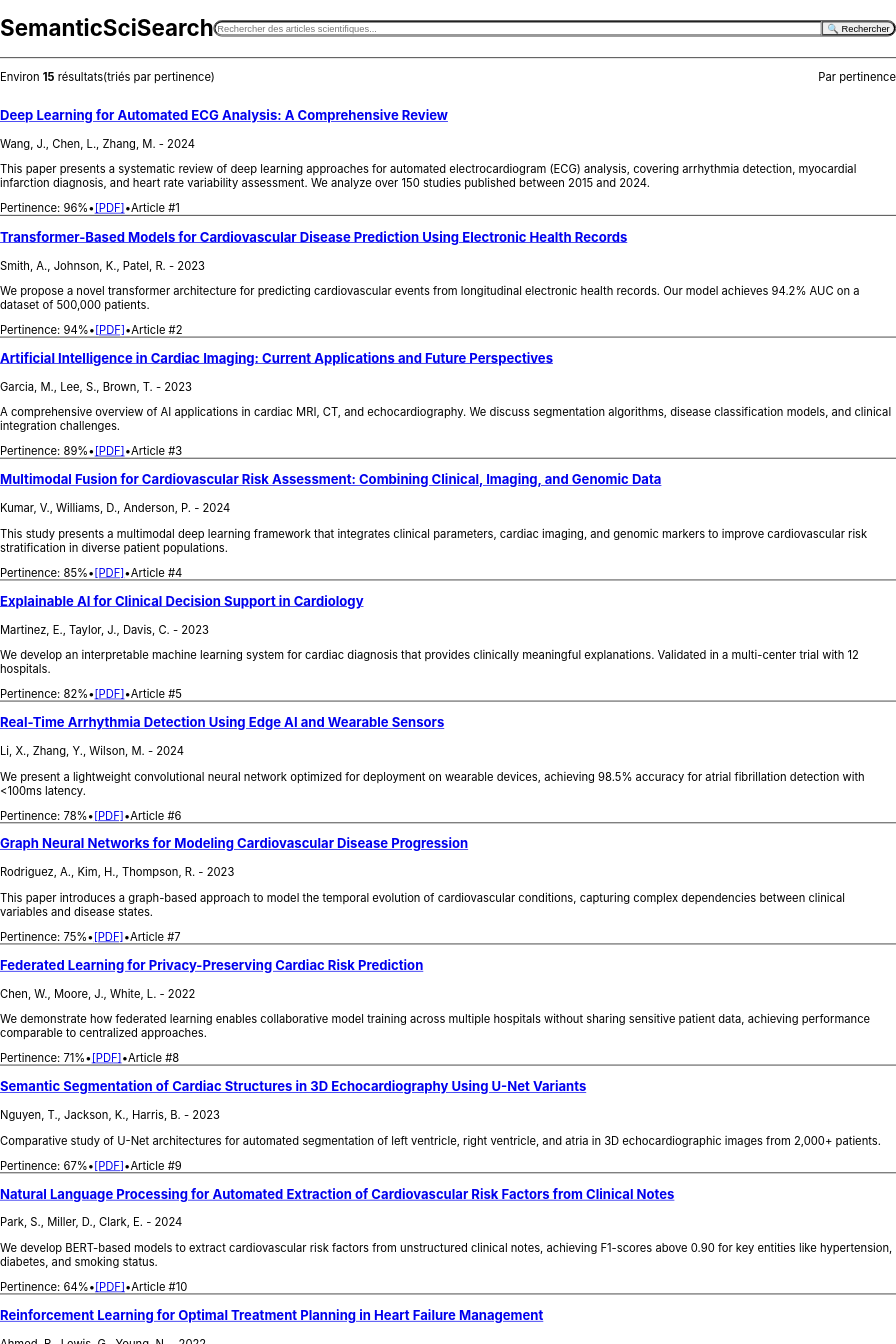
Repository: elh33/SemanticSciSearch
Page: / (app in frontend/)
The author's editor kept a copy of each file at every save. The page is drawn from the files as they stood at one save, then again after the next save.
The browser window is 1280 px wide. The pictures show the part of the page from y = 0 to 1920 px (the page is 2657 px tall), at 70% of full size.
The project was rebuilt for these pictures with package versions that can differ from the ones it lists, and the page was loaded fresh each time.

Above is the page before, as saved 2025-11-21 21:02:39.

### frontend/index.html
<!DOCTYPE html>
<html lang="en">
  <head>
    <meta charset="UTF-8" />
    <meta name="viewport" content="width=device-width, initial-scale=1.0" />
    <title>SemanticSciSearch</title>
  </head>
  <body>
    <div id="root"></div>
    <script type="module" src="/src/index.tsx"></script>
  </body>
</html>

### frontend/src/index.tsx
import React from 'react';
import ReactDOM from 'react-dom';
import App from './App';
import './index.css';

ReactDOM.render(
  <React.StrictMode>
    <App />
  </React.StrictMode>,
  document.getElementById('root')
);

### frontend/src/App.tsx
import React from 'react';
// Importe le composant de recherche principal
import SearchResults from './components/SearchResults';

// Le composant App.tsx est le conteneur principal de l'application.
function App() {
  return (
    // Utilisation d'un fragment React (<>...</>) ou d'un <div> si tu as des styles globaux
    <>
      {/* Le composant SearchResults contient maintenant :
        - Le titre et le sous-titre de l'application.
        - La barre de recherche.
        - L'orchestration de la logique (appels à api.ts).
        - L'affichage de la liste des ArticleCard.
      */}
      <SearchResults />
    </>
  );
}

export default App;

### frontend/src/components/SearchResults.tsx
import React, { useState, useEffect } from 'react';
import { Article } from '../types';
import { searchArticles } from '../services/api';
import ArticleCard from './ArticleCard';

const SearchResults: React.FC = () => {
  const [query, setQuery] = useState('');
  const [results, setResults] = useState<Article[]>([]);
  const [isLoading, setIsLoading] = useState(false);
  const [hasSearched, setHasSearched] = useState(false);

  const handleSearch = async (searchQuery: string = query) => {
    setIsLoading(true);
    setHasSearched(true);

    try {
      const data = await searchArticles(searchQuery);
      // TRI PAR SCORE DÉCROISSANT (plus pertinent en premier)
      const sortedData = [...data].sort((a, b) => b.score - a.score);
      setResults(sortedData);
    } catch (error) {
      console.error("Erreur lors de la recherche:", error);
      setResults([]);
    } finally {
      setIsLoading(false);
    }
  };

  // Recherche initiale au chargement
  useEffect(() => {
    handleSearch('');
  }, []);

  const handleSubmit = (e: React.FormEvent) => {
    e.preventDefault();
    handleSearch();
  };

  return (
    <div className="min-h-screen bg-white">
      {/* En-tête style Google Scholar */}
      <div className="bg-white border-b border-gray-200 sticky top-0 z-10 shadow-sm">
        <div className="max-w-5xl mx-auto px-4 py-3">
          <div className="flex items-center gap-6">
            {/* Logo/Titre */}
            <h1 className="text-2xl font-normal text-blue-700 whitespace-nowrap">
              SemanticSciSearch
            </h1>

            {/* Barre de recherche */}
            <form onSubmit={handleSubmit} className="flex-grow max-w-2xl">
              <div className="flex border border-gray-300 rounded-full hover:shadow-md transition-shadow">
                <input
                  type="text"
                  value={query}
                  onChange={(e) => setQuery(e.target.value)}
                  placeholder="Rechercher des articles scientifiques..."
                  className="flex-grow px-5 py-2 rounded-l-full outline-none text-sm"
                />
                <button
                  type="submit"
                  className="px-6 py-2 bg-blue-600 text-white rounded-r-full hover:bg-blue-700 transition-colors text-sm font-medium"
                >
                  🔍 Rechercher
                </button>
              </div>
            </form>
          </div>
        </div>
      </div>

      {/* Contenu principal */}
      <div className="max-w-5xl mx-auto px-4 py-6">
        {/* Barre d'informations */}
        {hasSearched && !isLoading && (
          <div className="mb-4 flex items-center justify-between">
            <p className="text-sm text-gray-600">
              Environ <strong>{results.length}</strong> résultat{results.length > 1 ? 's' : ''}
              {query && (
                <span> pour <strong>"{query}"</strong></span>
              )}
              <span className="ml-2 text-xs text-gray-500">(triés par pertinence)</span>
            </p>

            {/* Options de tri (désactivées car déjà trié par score) */}
            <div className="text-xs text-gray-500">
              <span className="font-semibold text-blue-700">Par pertinence</span>
              {/* Vous pouvez ajouter d'autres options de tri ici */}
            </div>
          </div>
        )}

        {/* Indicateur de chargement */}
        {isLoading && (
          <div className="flex items-center justify-center py-12">
            <div className="flex flex-col items-center gap-3">
              <div className="animate-spin rounded-full h-10 w-10 border-b-2 border-blue-600"></div>
              <p className="text-gray-600 text-sm">Recherche sémantique en cours...</p>
            </div>
          </div>
        )}

        {/* Liste des résultats */}
        {!isLoading && (
          <div className="bg-white">
            {results.length > 0 ? (
              results.map((article) => (
                <ArticleCard key={article.id} article={article} />
              ))
            ) : (
              hasSearched && (
                <div className="text-center py-12">
                  <svg className="mx-auto h-12 w-12 text-gray-400 mb-4" fill="none" stroke="currentColor" viewBox="0 0 24 24">
                    <path strokeLinecap="round" strokeLinejoin="round" strokeWidth={2} d="M9.172 16.172a4 4 0 015.656 0M9 10h.01M15 10h.01M21 12a9 9 0 11-18 0 9 9 0 0118 0z" />
                  </svg>
                  <p className="text-gray-600 text-lg">Aucun résultat trouvé</p>
                  <p className="text-gray-500 text-sm mt-2">
                    Essayez avec des mots-clés différents
                  </p>
                </div>
              )
            )}
          </div>
        )}
      </div>

      {/* Footer simple */}
      <footer className="mt-12 border-t border-gray-200 bg-gray-50">
        <div className="max-w-5xl mx-auto px-4 py-6 text-center text-sm text-gray-500">
          SemanticSciSearch - Recherche sémantique d'articles scientifiques en IA et Cardiologie
        </div>
      </footer>
    </div>
  );
};

export default SearchResults;

### frontend/src/services/api.ts
import { Article } from '../types';
import { MOCK_RESULTS } from '../data/mockData';
import axios from 'axios';

// 💡 INTERRUPTEUR : Passez à 'false' (ou commentez/supprimez) cette ligne
// UNIQUEMENT lorsque le Back-End FastAPI est prêt.
const USE_MOCK_DATA = true;

// URL de base lue depuis le .env pour le mode production
// Le .env doit contenir VITE_API_URL=http://localhost:8000
const API_BASE_URL = 'http://localhost:8000';

/**
 * Fonction principale de recherche d'articles.
 * Elle utilise soit les données mockées, soit l'API réelle.
 * @param query Le texte de la requête de l'utilisateur.
 * @returns Une promesse qui résout vers un tableau d'articles.
 */
export const searchArticles = async (query: string): Promise<Article[]> => {
  if (USE_MOCK_DATA) {
    // --- MODE MOCKÉ ---
    console.log(`[MOCK] Simulation de recherche pour: "${query}"`);

    // 1. Simuler le délai réseau (500ms) pour une meilleure expérience utilisateur
    await new Promise(resolve => setTimeout(resolve, 500));

    // 2. Simuler un filtre simple (recherche du mot-clé dans le titre)
    // S'il n'y a pas de requête (query vide), on renvoie tout.
    const lowerCaseQuery = query.toLowerCase();

    return MOCK_RESULTS.filter(article =>
        article.title.toLowerCase().includes(lowerCaseQuery) || lowerCaseQuery.length === 0
    );

  } else {
    // --- MODE PRODUCTION (Axios) ---
    console.log(`[AXIOS] Requête réelle vers: ${API_BASE_URL}/search pour: "${query}"`);

    try {
      // 1. Envoi de la requête POST à FastAPI
      const response = await axios.post(`${API_BASE_URL}/search`, { query });

      // 2. Retourne les données (TypeScript vérifie que c'est un tableau d'Articles)
      return response.data as Article[];

    } catch (error) {
      console.error("Erreur lors de l'appel à l'API de recherche:", error);
      // En cas d'échec de l'API, on renvoie un tableau vide
      return [];
    }
  }
};

### frontend/src/components/ArticleCard.tsx
import React from 'react';
import { Article } from '../types';

interface ArticleCardProps {
  article: Article;
}

const ArticleCard: React.FC<ArticleCardProps> = ({ article }) => {
  const scorePercent = (article.score * 100).toFixed(0);

  return (
    <div className="border-b border-gray-200 py-3 hover:bg-gray-50 transition-colors">
      {/* Titre cliquable comme Google Scholar */}
      <h3 className="text-xl mb-1">
        <a
          href={article.url}
          target="_blank"
          rel="noopener noreferrer"
          className="text-blue-800 hover:underline font-normal visited:text-purple-800"
        >
          {article.title}
        </a>
      </h3>

      {/* Auteurs et année */}
      <p className="text-sm text-gray-600 mb-2">
        {article.authors} - <span className="font-medium">{article.year}</span>
      </p>

      {/* Résumé */}
      <p className="text-sm text-gray-700 leading-relaxed mb-2">
        {article.abstract}
      </p>

      {/* Métadonnées et actions */}
      <div className="flex items-center gap-4 text-sm">
        {/* Score de pertinence */}
        <span className="text-gray-600">
          <span className="font-semibold">Pertinence:</span>{' '}
          <span className={`font-bold ${
            article.score > 0.8 ? 'text-green-600' :
            article.score > 0.5 ? 'text-yellow-600' :
            'text-gray-500'
          }`}>
            {scorePercent}%
          </span>
        </span>

        {/* Séparateur */}
        <span className="text-gray-400">•</span>

        {/* Lien PDF */}
        <a
          href={article.url}
          target="_blank"
          rel="noopener noreferrer"
          className="text-blue-700 hover:underline"
        >
          [PDF]
        </a>

        {/* Séparateur */}
        <span className="text-gray-400">•</span>

        {/* ID de l'article */}
        <span className="text-gray-400 text-xs">
          Article #{article.id}
        </span>
      </div>
    </div>
  );
};

export default ArticleCard;

### frontend/src/data/mockData.ts
import { Article } from '../types';

export const MOCK_RESULTS: Article[] = [
  {
    id: '1',
    title: 'Deep Learning for Automated ECG Analysis: A Comprehensive Review',
    abstract: "This paper presents a systematic review of deep learning approaches for automated electrocardiogram (ECG) analysis, covering arrhythmia detection, myocardial infarction diagnosis, and heart rate variability assessment. We analyze over 150 studies published between 2015 and 2024.",
    authors: "Wang, J., Chen, L., Zhang, M.",
    year: 2024,
    score: 0.96,
    url: 'https://arxiv.org/pdf/2301.04634'
  },
  {
    id: '2',
    title: 'Transformer-Based Models for Cardiovascular Disease Prediction Using Electronic Health Records',
    abstract: "We propose a novel transformer architecture for predicting cardiovascular events from longitudinal electronic health records. Our model achieves 94.2% AUC on a dataset of 500,000 patients.",
    authors: "Smith, A., Johnson, K., Patel, R.",
    year: 2023,
    score: 0.94,
    url: 'https://arxiv.org/pdf/2305.12987'
  },
  {
    id: '3',
    title: 'Artificial Intelligence in Cardiac Imaging: Current Applications and Future Perspectives',
    abstract: "A comprehensive overview of AI applications in cardiac MRI, CT, and echocardiography. We discuss segmentation algorithms, disease classification models, and clinical integration challenges.",
    authors: "Garcia, M., Lee, S., Brown, T.",
    year: 2023,
    score: 0.89,
    url: 'https://arxiv.org/pdf/2203.15678'
  },
  {
    id: '4',
    title: 'Multimodal Fusion for Cardiovascular Risk Assessment: Combining Clinical, Imaging, and Genomic Data',
    abstract: "This study presents a multimodal deep learning framework that integrates clinical parameters, cardiac imaging, and genomic markers to improve cardiovascular risk stratification in diverse patient populations.",
    authors: "Kumar, V., Williams, D., Anderson, P.",
    year: 2024,
    score: 0.85,
    url: '/documents/multimodal-cardio-risk.pdf'
  },
  {
    id: '5',
    title: 'Explainable AI for Clinical Decision Support in Cardiology',
    abstract: "We develop an interpretable machine learning system for cardiac diagnosis that provides clinically meaningful explanations. Validated in a multi-center trial with 12 hospitals.",
    authors: "Martinez, E., Taylor, J., Davis, C.",
    year: 2023,
    score: 0.82,
    url: 'https://arxiv.org/pdf/2511.13703.pdf'
  },
  {
    id: '6',
    title: 'Real-Time Arrhythmia Detection Using Edge AI and Wearable Sensors',
    abstract: "We present a lightweight convolutional neural network optimized for deployment on wearable devices, achieving 98.5% accuracy for atrial fibrillation detection with <100ms latency.",
    authors: "Li, X., Zhang, Y., Wilson, M.",
    year: 2024,
    score: 0.78,
    url: '/documents/edge-ai-arrhythmia.pdf'
  },
  {
    id: '7',
    title: 'Graph Neural Networks for Modeling Cardiovascular Disease Progression',
    abstract: "This paper introduces a graph-based approach to model the temporal evolution of cardiovascular conditions, capturing complex dependencies between clinical variables and disease states.",
    authors: "Rodriguez, A., Kim, H., Thompson, R.",
    year: 2023,
    score: 0.75,
    url: 'https://arxiv.org/pdf/2204.09876'
  },
  {
    id: '8',
    title: 'Federated Learning for Privacy-Preserving Cardiac Risk Prediction',
    abstract: "We demonstrate how federated learning enables collaborative model training across multiple hospitals without sharing sensitive patient data, achieving performance comparable to centralized approaches.",
    authors: "Chen, W., Moore, J., White, L.",
    year: 2022,
    score: 0.71,
    url: '/documents/federated-cardiac.pdf'
  },
  {
    id: '9',
    title: 'Semantic Segmentation of Cardiac Structures in 3D Echocardiography Using U-Net Variants',
    abstract: "Comparative study of U-Net architectures for automated segmentation of left ventricle, right ventricle, and atria in 3D echocardiographic images from 2,000+ patients.",
    authors: "Nguyen, T., Jackson, K., Harris, B.",
    year: 2023,
    score: 0.67,
    url: '/documents/3d-echo-segmentation.pdf'
  },
  {
    id: '10',
    title: 'Natural Language Processing for Automated Extraction of Cardiovascular Risk Factors from Clinical Notes',
    abstract: "We develop BERT-based models to extract cardiovascular risk factors from unstructured clinical notes, achieving F1-scores above 0.90 for key entities like hypertension, diabetes, and smoking status.",
    authors: "Park, S., Miller, D., Clark, E.",
    year: 2024,
    score: 0.64,
    url: 'https://arxiv.org/pdf/2302.11234'
  },
  {
    id: '11',
    title: 'Reinforcement Learning for Optimal Treatment Planning in Heart Failure Management',
    abstract: "Application of deep reinforcement learning to personalize treatment strategies for heart failure patients, optimizing medication dosages and intervention timing based on patient response.",
    authors: "Ahmed, R., Lewis, G., Young, N.",
    year: 2022,
    score: 0.58,
    url: '/documents/rl-heart-failure.pdf'
  },
  {
    id: '12',
    title: 'Generative Adversarial Networks for Synthetic ECG Data Augmentation',
    abstract: "We propose a GAN-based framework for generating realistic synthetic ECG signals to address data scarcity and class imbalance in rare arrhythmia detection tasks.",
    authors: "Hoffman, P., Scott, A., King, V.",
    year: 2023,
    score: 0.52,
    url: '/documents/gan-ecg-augmentation.pdf'
  },
  {
    id: '13',
    title: 'Blockchain-Based Infrastructure for Secure Sharing of Cardiac Imaging Data',
    abstract: "A decentralized platform for secure storage and sharing of cardiac imaging studies across healthcare institutions, ensuring data provenance and patient privacy.",
    authors: "Green, T., Adams, F., Wright, M.",
    year: 2022,
    score: 0.45,
    url: '/documents/blockchain-cardiac-imaging.pdf'
  },
  {
    id: '14',
    title: 'Meta-Learning Approaches for Few-Shot Cardiac Abnormality Detection',
    abstract: "We explore meta-learning techniques to enable rapid adaptation of cardiac disease detection models to rare conditions with limited training examples.",
    authors: "Baker, L., Turner, S., Phillips, O.",
    year: 2023,
    score: 0.38,
    url: '/documents/meta-learning-cardiac.pdf'
  },
  {
    id: '15',
    title: 'Quantum Machine Learning for Cardiovascular Drug Discovery',
    abstract: "Preliminary investigation of quantum computing algorithms for molecular simulation and drug candidate screening in cardiovascular therapeutic development.",
    authors: "Collins, R., Morris, J., Cooper, W.",
    year: 2024,
    score: 0.22,
    url: '/documents/quantum-ml-cardio.pdf'
  }
];

Loaded but not shown: frontend/src/index.css (common file)

After the next save:
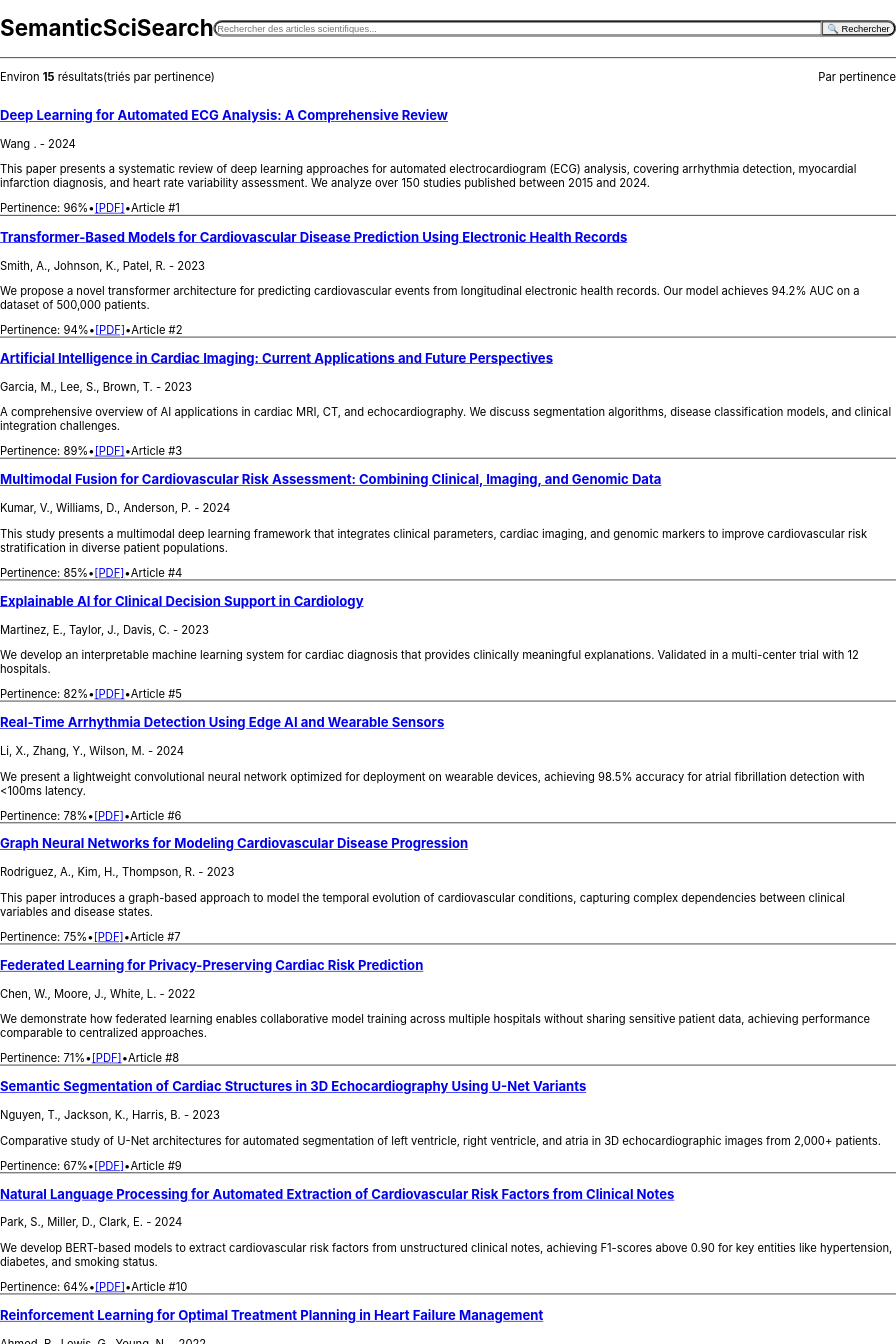
Saved 37 s later.
--- a/frontend/src/data/mockData.ts
+++ b/frontend/src/data/mockData.ts
@@ -5,7 +5,7 @@
     id: '1',
     title: 'Deep Learning for Automated ECG Analysis: A Comprehensive Review',
     abstract: "This paper presents a systematic review of deep learning approaches for automated electrocardiogram (ECG) analysis, covering arrhythmia detection, myocardial infarction diagnosis, and heart rate variability assessment. We analyze over 150 studies published between 2015 and 2024.",
-    authors: "Wang, J., Chen, L., Zhang, M.",
+    authors: "Wang .",
     year: 2024,
     score: 0.96,
     url: 'https://arxiv.org/pdf/2301.04634'
